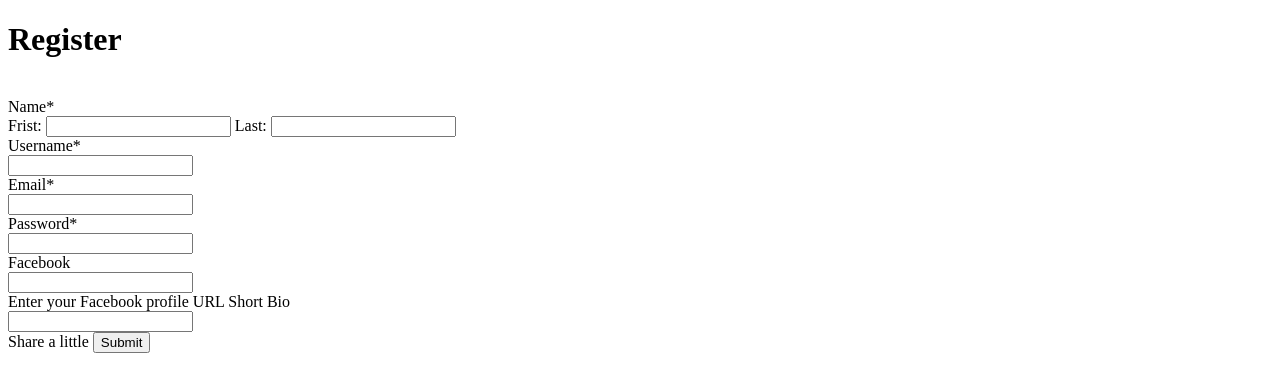
Repository: Knguyen2003/Spring
Page: JavaServlet/Tuan1/PhanNguyenKhoiNguyen_21068021_Tuan1/src/main/webapp/index.html
The author's editor kept a copy of each file at every save. The page is drawn from the files as they stood at one save, then again after the next save.
The browser window is 1280 px wide. The pictures show the whole page.

Above is the page before, as saved 2024-08-21 12:22:46.

### JavaServlet/Tuan1/PhanNguyenKhoiNguyen_21068021_Tuan1/src/main/webapp/index.html
<!DOCTYPE html>
<html>
<head>
<meta charset="UTF-8">
<title>Insert title here</title>
</head>
<body>

	<form method="get" action=RegistrationForm name="registrationForm">
		<h1>Register</h1> <br>
        <label>Name*</label> <br>
         Frist: <input type="text" name="first">
         Last: <input type="text" name="last"> <br>
        <label>Username*</label> <br>
        <input type="text" name="usn"> <br>
        <label>Email*</label> <br>
        <input type="text" name="email"> <br>
        <label>Password*</label> <br>
        <input type="password" name="pw"> <br>
        <label>Facebook</label> <br>
        <input type="text" name="face"> <br>
        <label>Enter your Facebook profile URL</label>
        <label>Short Bio</label> <br>
        <input type="text" name="short"> <br>
        <label>Share a little </label>
        <button>Submit</button>
</body>
</html>

After the next save:
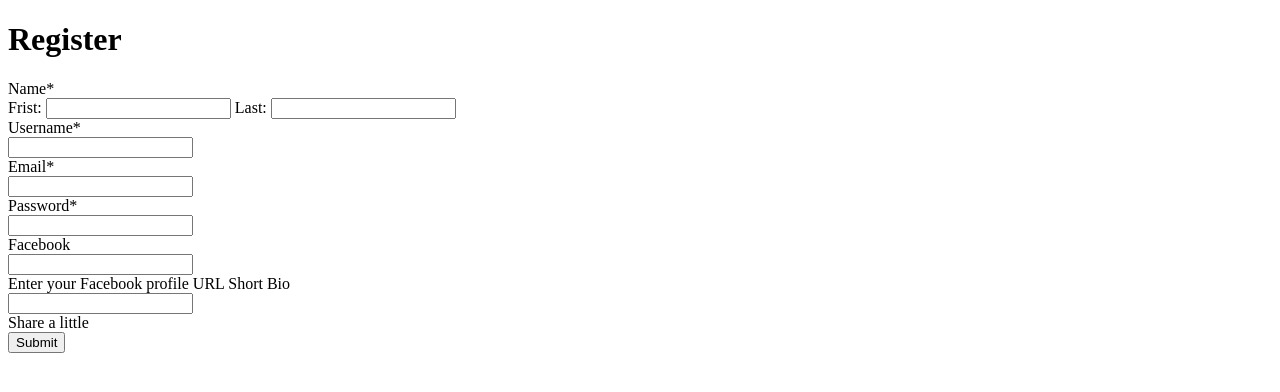
Saved 25 s later.
--- a/JavaServlet/Tuan1/PhanNguyenKhoiNguyen_21068021_Tuan1/src/main/webapp/index.html
+++ b/JavaServlet/Tuan1/PhanNguyenKhoiNguyen_21068021_Tuan1/src/main/webapp/index.html
@@ -7,7 +7,7 @@
 <body>
 
 	<form method="get" action=RegistrationForm name="registrationForm">
-		<h1>Register</h1> <br>
+		<h1>Register</h1>
         <label>Name*</label> <br>
          Frist: <input type="text" name="first">
          Last: <input type="text" name="last"> <br>
@@ -22,7 +22,7 @@
         <label>Enter your Facebook profile URL</label>
         <label>Short Bio</label> <br>
         <input type="text" name="short"> <br>
-        <label>Share a little </label>
+        <label>Share a little </label> <br>
         <button>Submit</button>
 </body>
 </html>
